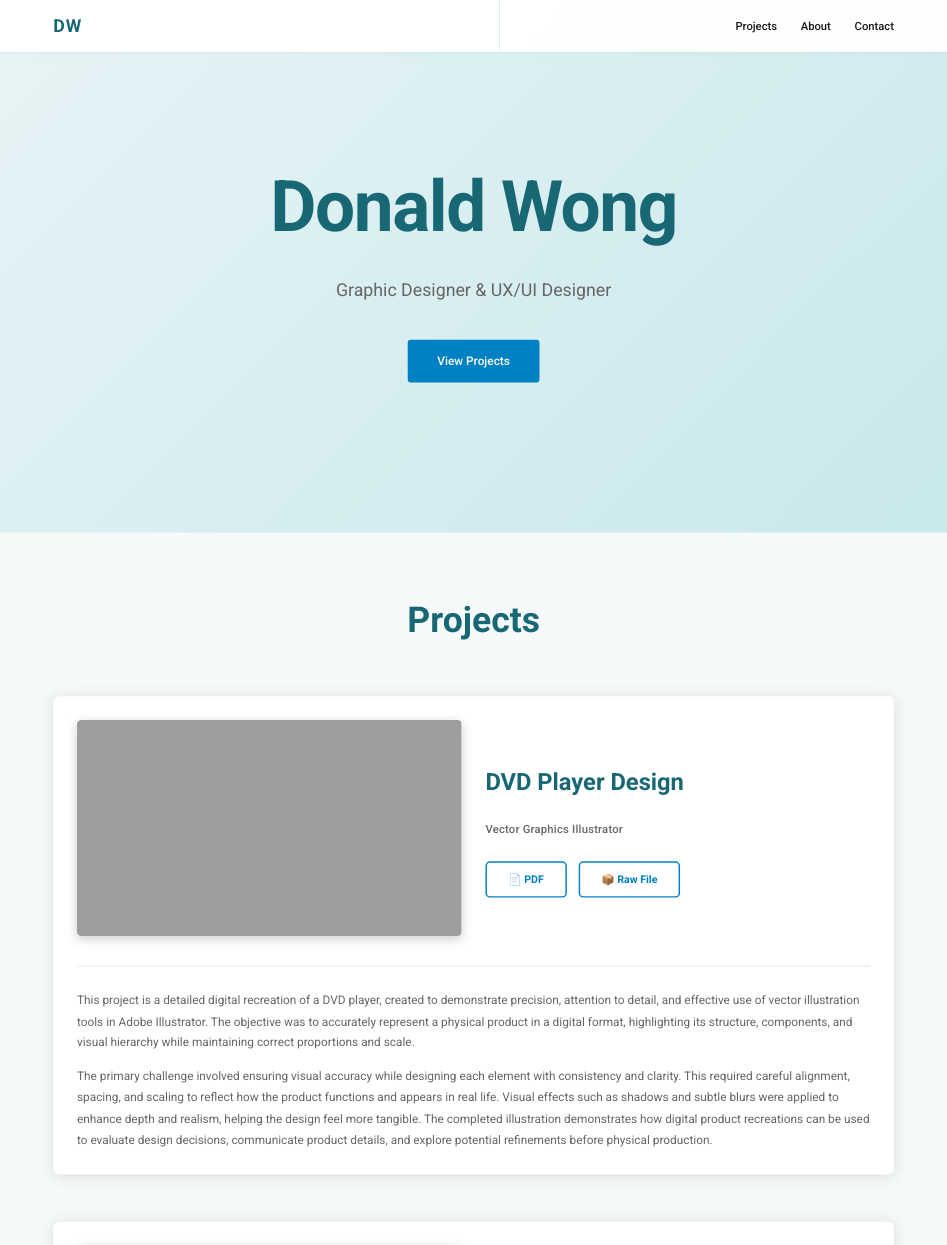
Repository: DonaldCWong/portfolio
Page: index.html
These files come from the project's save history. The page is drawn as it stood at one moment and after the next save; the edit follows.
The browser window is 1280 px wide. The pictures show the part of the page from y = 0 to 1683 px (the page is 4859 px tall), at 74% of full size.
Pictures or frames that could not be fetched are drawn as grey boxes.

Above is the page before, as saved 2026-01-19 09:13:22.

After the next save:
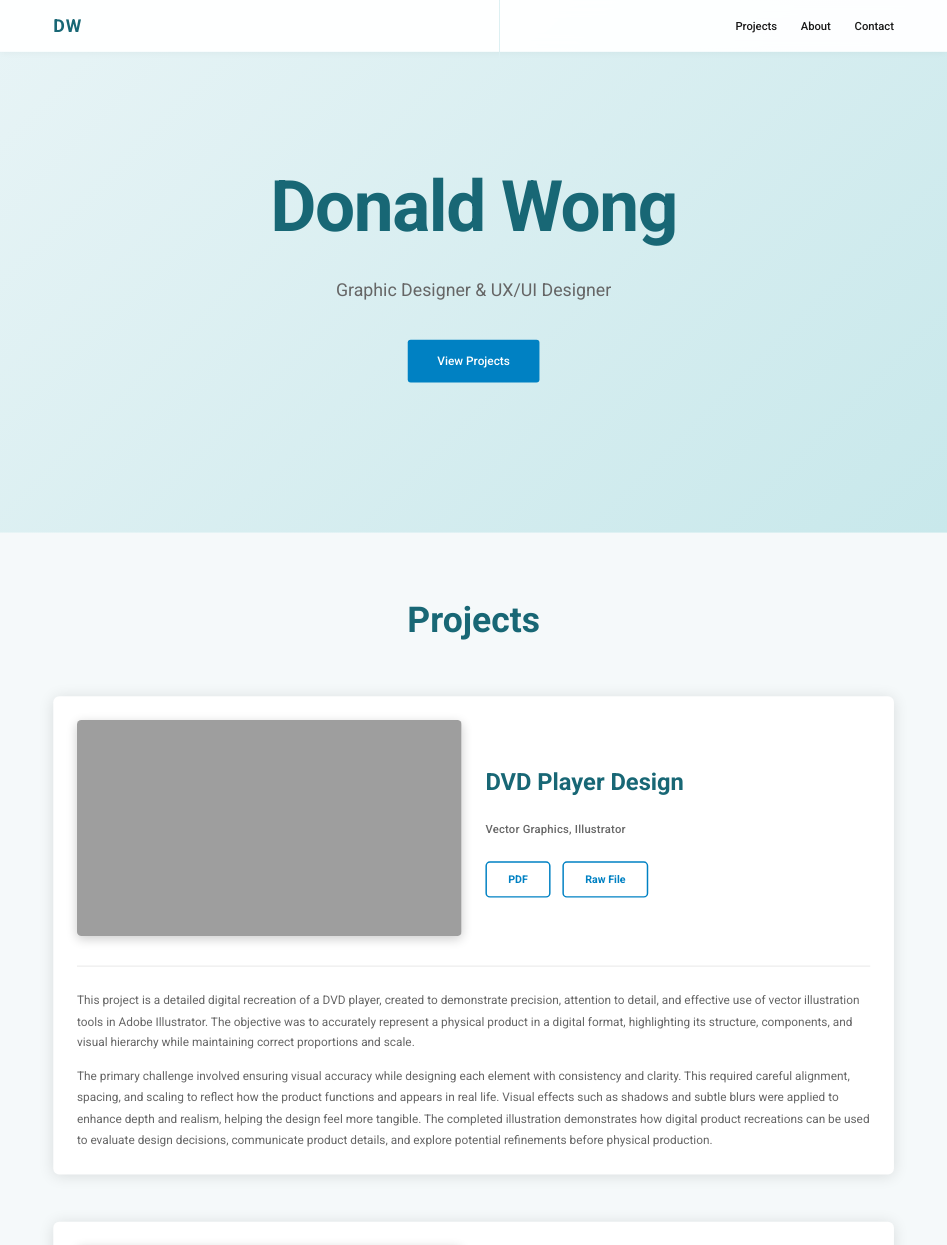
Saved 13 min 42 s later.
--- a/index.html
+++ b/index.html
@@ -45,13 +45,10 @@
                     </div>
                     <div class="project-info">
                         <h3 class="project-title">DVD Player Design</h3>
-                        <div class="project-tags">
-                            <span class="project-tag">Vector Graphics</span>
-                            <span class="project-tag">Illustrator</span>
-                        </div>
-                        <div class="project-links">
-                            <a href="/assets/DVD player.pdf" target="_blank" rel="noopener noreferrer" class="project-link">📄 PDF</a>
-                            <a href="/assets/Donald_Wong_dvd_player.ai" download="Donald_Wong_dvd_player.ai" class="project-link">📦 Raw File</a>
+                        <p class="project-tags">Vector Graphics, Illustrator</p>
+                        <div class="project-links">
+                            <a href="/assets/DVD player.pdf" target="_blank" rel="noopener noreferrer" class="project-link">PDF</a>
+                            <a href="/assets/Donald_Wong_dvd_player.ai" download="Donald_Wong_dvd_player.ai" class="project-link">Raw File</a>
                         </div>
                     </div>
                 </div>
